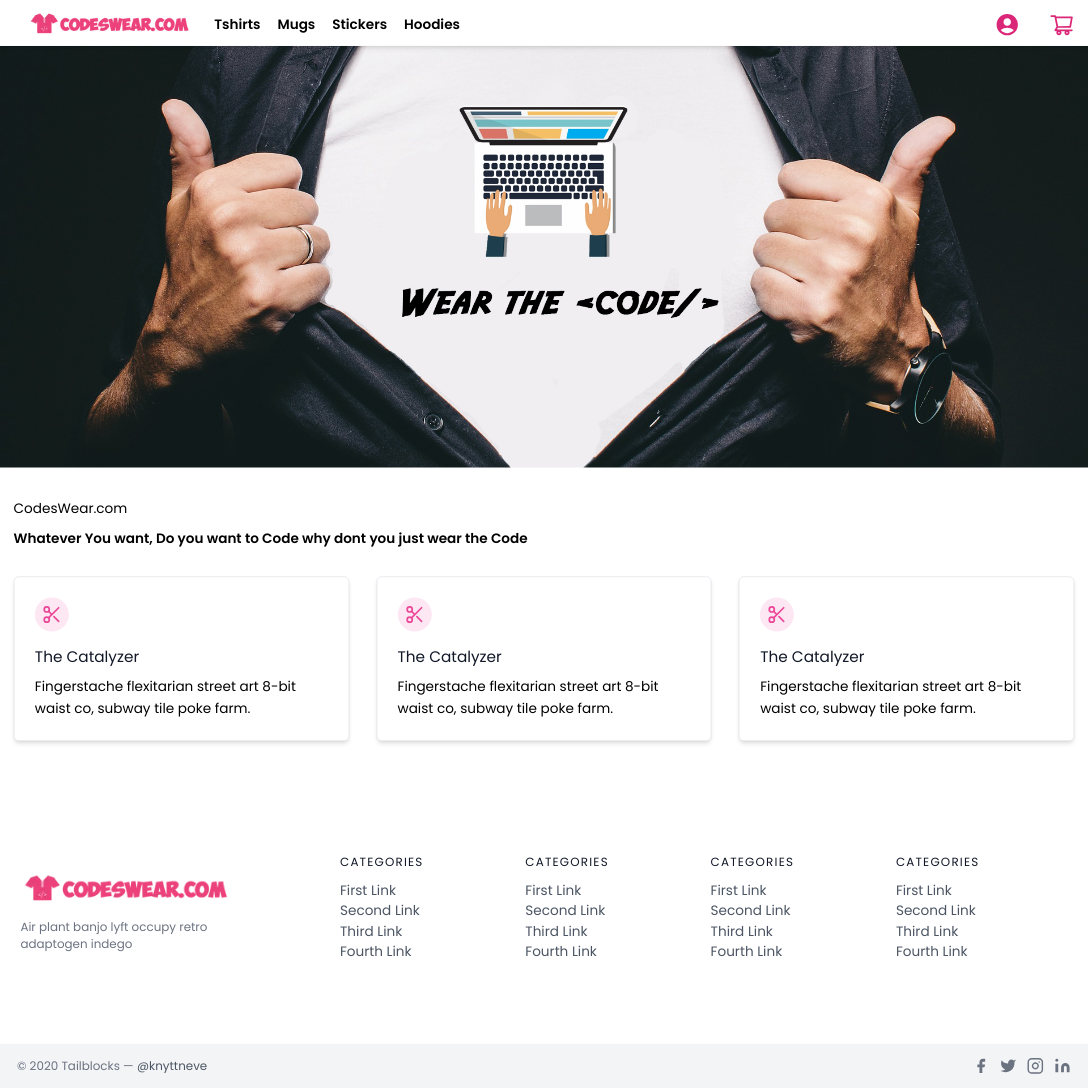
Repository: rehanheeeeeeeee/codeswear.com
Page: /
The author's editor kept a copy of each file at every save. The page is drawn from the files as they stood at one save, then again after the next save.
The browser window is 1280 px wide. The pictures show the whole page, at 85% of full size.
The project was rebuilt for these pictures with package versions that can differ from the ones it lists, and the page was loaded fresh each time. The framework's server and built-in components were replaced by stand-ins that run in the browser. Also part of the build but not shown: next.config.js, components/CartProduct.js.

Above is the page before, as saved 2022-11-21 17:55:10.

After the next save:
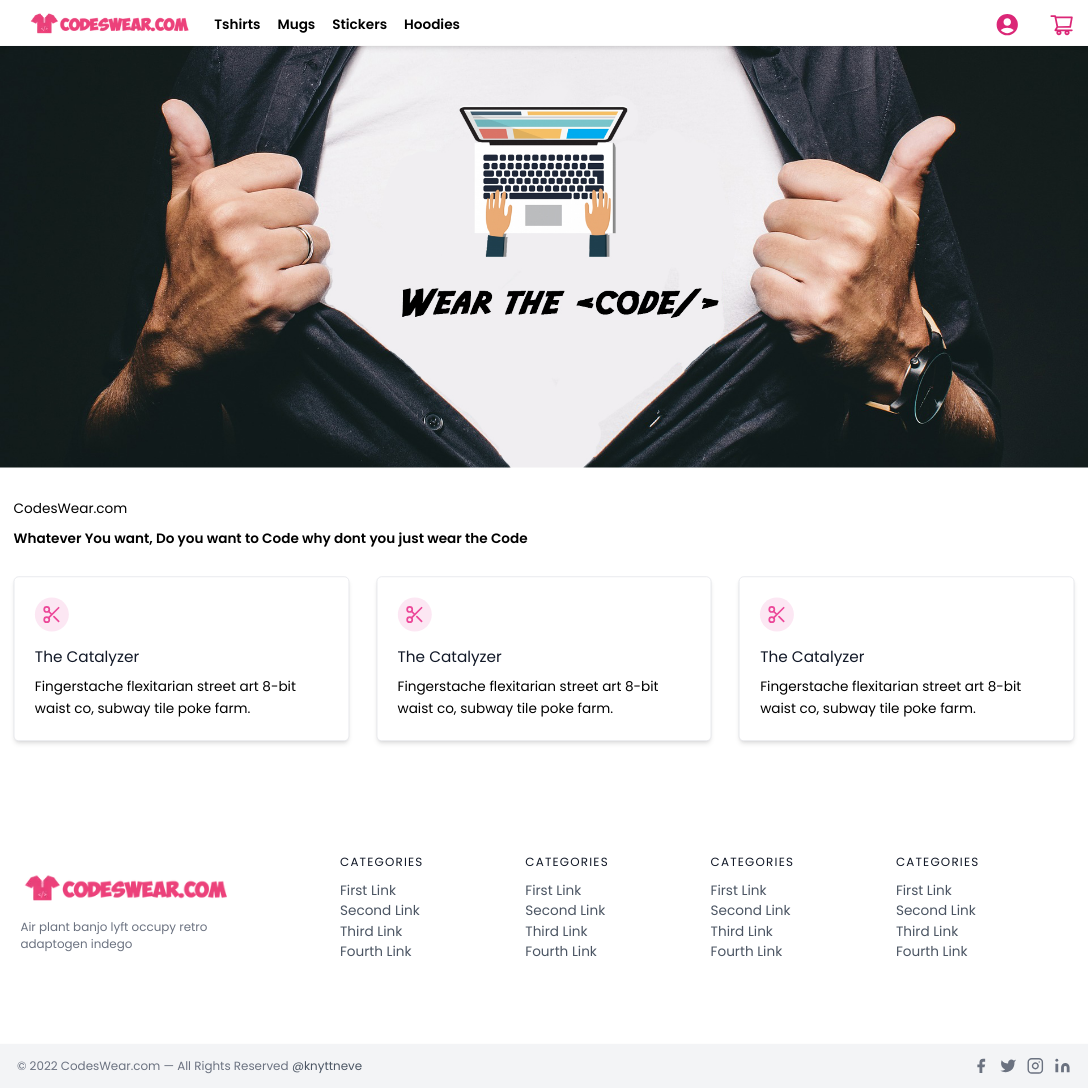
Saved 2 min 42 s later.
--- a/components/Footer.js
+++ b/components/Footer.js
@@ -105,7 +105,7 @@
       <div className="bg-gray-100">
         <div className="container mx-auto py-4 px-5 flex flex-wrap flex-col sm:flex-row">
           <p className="text-gray-500 text-sm text-center sm:text-left">
-            © 2020 Tailblocks —
+            © 2022 CodesWear.com — All Rights Reserved
             <a
               href="https://twitter.com/knyttneve"
               rel="noopener noreferrer"
